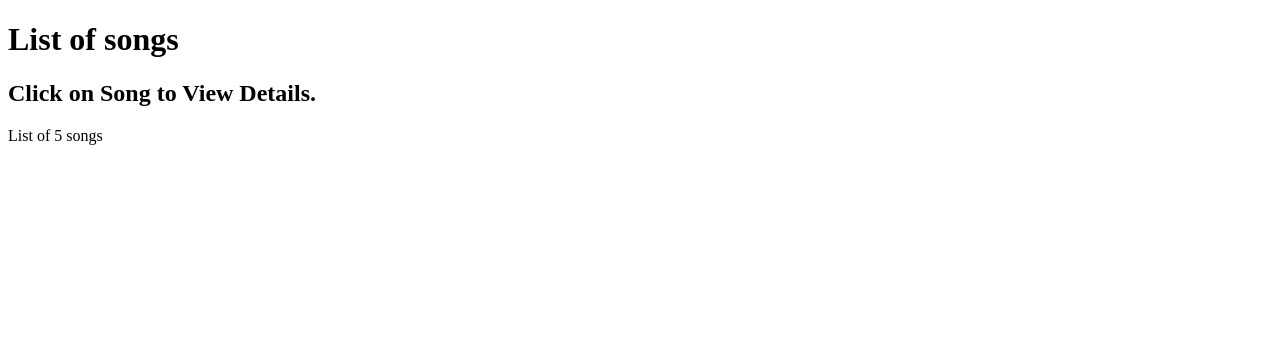
Repository: thagunnaharish1-netizen/GeetShala
Page: http://localhost/songs/
These files come from the project's save history. The page is drawn as it stood at one moment and after the next save; the edit follows.
The browser window is 1280 px wide. The pictures show the whole page.
The page is served by the project's application, run on Django 5.2 (manage.py). Other server files are loaded and not shown.

Above is the page before, as saved 2026-09-01 18:46:40.

### songs/templates/song_list.html
<!DOCTYPE html>
<html lang="en">
<head>
    <meta charset="UTF-8">
    <meta name="viewport" content="width=device-width, initial-scale=1.0">
    <title>Songs List</title>
</head>
<body>
    <h1>List of songs</h1>
    <h2>Click on Song to View Details.</h2>
    {% if songs %}
        <p>List of {{ songs|length }} songs</p>
    {% else %}
        <p>No songs available.</p>
    {% endif %}

</body>
</html>

### songs/views.py
from django.shortcuts import render
from django.http import HttpResponse

def song_list(request):
    # response_text = '<h1>List of songs</h1><h2>Click on Song to View Details.</h2>'
    # return HttpResponse(response_text)
    songs = [
        {'id': 1, 'title': 'Song 1', 'artist': 'Artist 1'},
        {'id': 2, 'title': 'Song 2', 'artist': 'Artist 2'},
        {'id': 3, 'title': 'Song 3', 'artist': 'Artist 3'},
        {'id': 4, 'title': 'Song 4', 'artist': 'Artist 4'},
        {'id': 5, 'title': 'Song 5', 'artist': 'Artist 5'},
    ]
    return render(request, 'song_list.html', {'songs': songs})

def song_detail(request, song_id):
    response_text = f"You are calling:{song_id}"
    return HttpResponse(response_text)

### geetshala/urls.py
"""
URL configuration for geetshala project.

The `urlpatterns` list routes URLs to views. For more information please see:
    https://docs.djangoproject.com/en/6.1/topics/http/urls/
Examples:
Function views
    1. Add an import:  from my_app import views
    2. Add a URL to urlpatterns:  path('', views.home, name='home')
Class-based views
    1. Add an import:  from other_app.views import Home
    2. Add a URL to urlpatterns:  path('', Home.as_view(), name='home')
Including another URLconf
    1. Import the include() function: from django.urls import include, path
    2. Add a URL to urlpatterns:  path('blog/', include('blog.urls'))
"""
from django.contrib import admin
from django.urls import path, include

urlpatterns = [
    path('admin/', admin.site.urls),
    path('songs/', include('songs.urls')),
]

### songs/urls.py
# App-level URLconf: routes to specific views within the songs app
from django.urls import path
from . import views
urlpatterns = [
    path('', views.song_list, name='song_list'),  # e.g., /songs/
    path('<int:song_id>/', views.song_detail, name='song_detail') #e.g., /songs/12
]

After the next save:
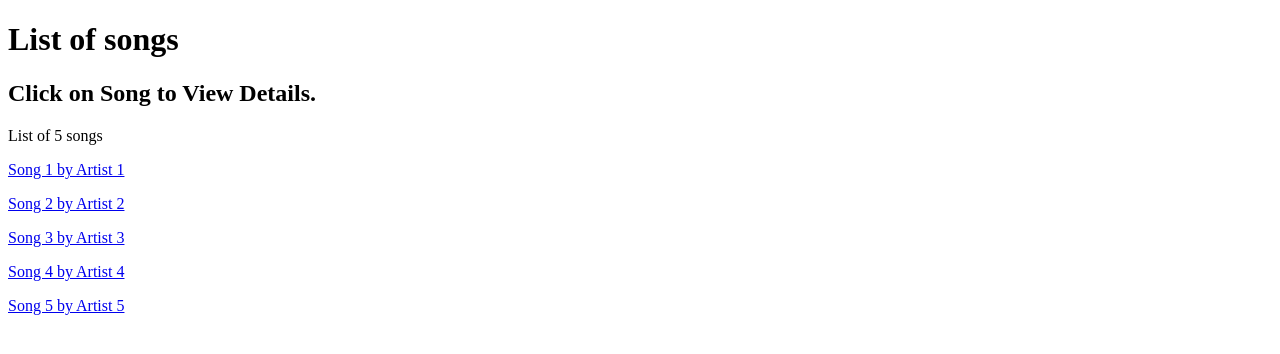
Saved 5 min 48 s later.
--- a/songs/templates/song_list.html
+++ b/songs/templates/song_list.html
@@ -10,6 +10,9 @@
     <h2>Click on Song to View Details.</h2>
     {% if songs %}
         <p>List of {{ songs|length }} songs</p>
+        {% for song in songs %}
+            <p><a href="{% url 'song_detail' song.id %}">{{ song.title }} by {{ song.artist }}</a></p>
+        {% endfor %}
     {% else %}
         <p>No songs available.</p>
     {% endif %}
